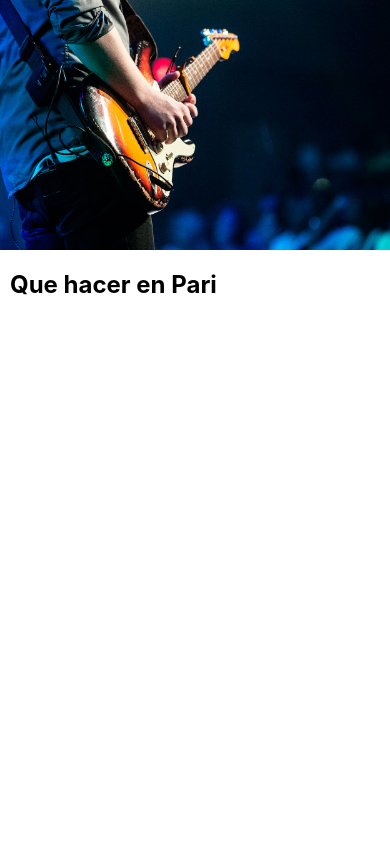
Repository: AleMicky/layout
Screen: /
The author's editor kept a copy of each file at every save. The screen is drawn from the files as they stood at one save, then again after the next save.
The app was drawn by React Native's web renderer in a window 390 px wide. The project was rebuilt for these pictures with package versions that can differ from the ones it lists, and the page was loaded fresh each time.

Above is the screen before, as saved 2020-06-27 16:16:00.

After the next save:
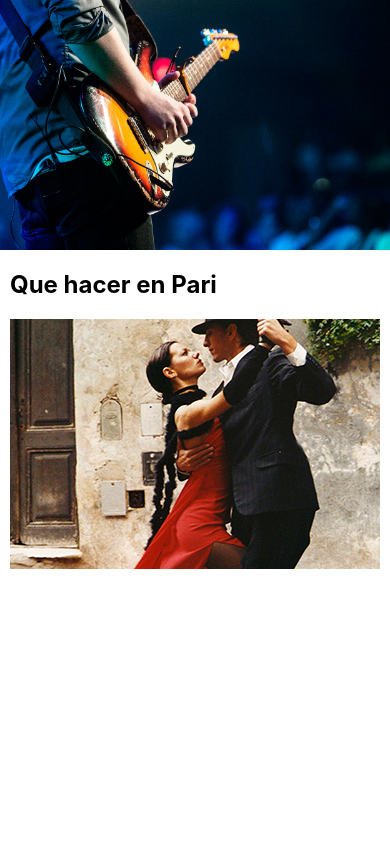
Saved 2 min 47 s later.
--- a/App.js
+++ b/App.js
@@ -1,17 +1,23 @@
 import React from 'react';
-import { StyleSheet, View, Image, Text } from 'react-native';
+import { StyleSheet, View, Image, Text, ScrollView } from 'react-native';
 
 
 const App = () => {
   return (
     <>
-      <View style={{flexDirection:'row'}}>
-          <Image  style={styles.banner}
-                  source={require('./assets/img/bg.jpg')} />
-      </View>
-      <View style={styles.contenedor}>
-          <Text style={styles.titulo}>Que hacer en Pari</Text>
-      </View>
+        <View style={{flexDirection:'row'}}>
+            <Image  style={styles.banner}
+                    source={require('./assets/img/bg.jpg')} />
+        </View>
+        <View style={styles.contenedor}>
+            <Text style={styles.titulo}>Que hacer en Pari</Text>
+            <ScrollView>
+                <View>
+                <Image  style={styles.banner}
+                        source={require('./assets/img/actividad1.jpg')} />
+                </View>
+            </ScrollView>
+        </View>
     </>
   );
 };
